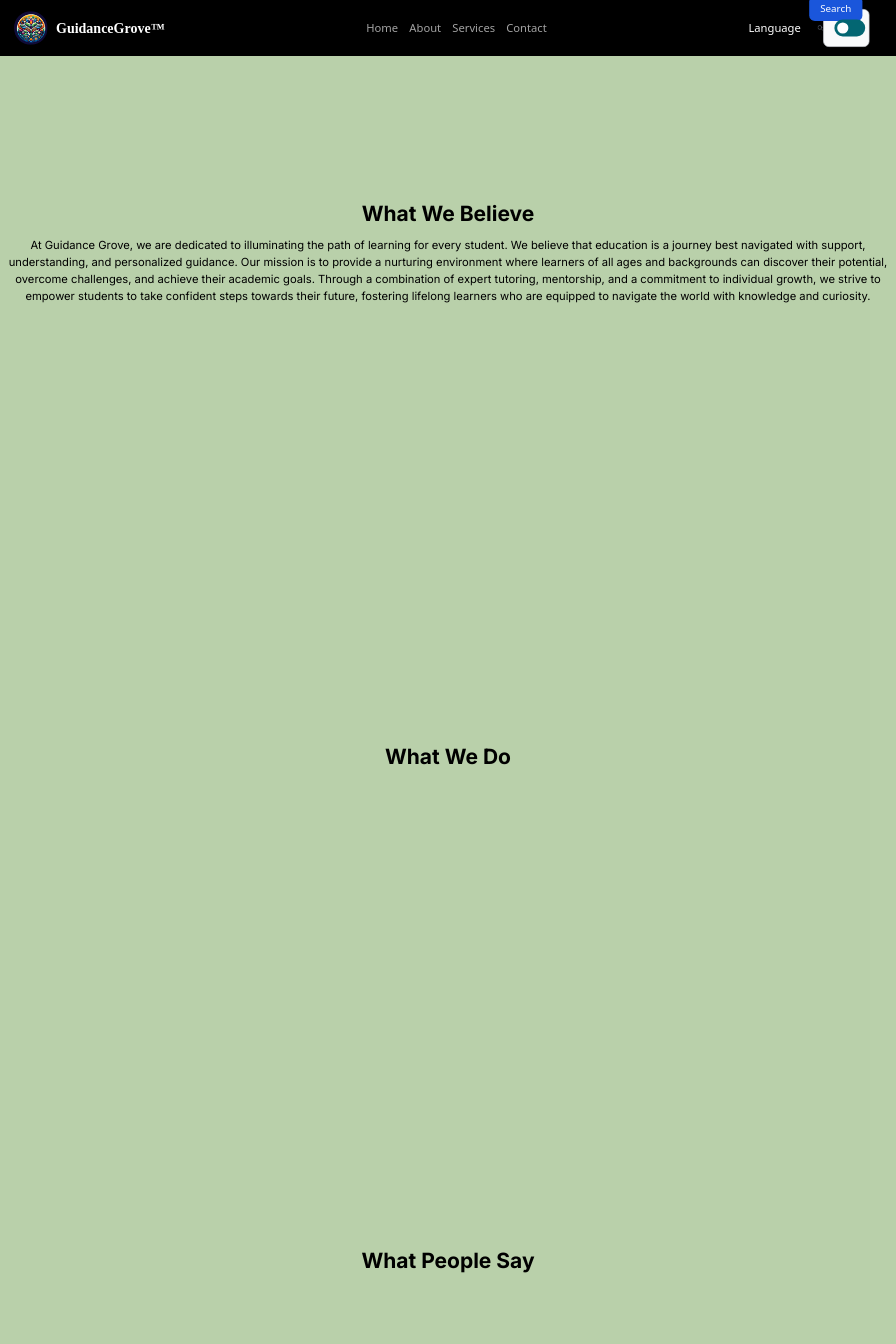
Repository: PositiveGuy/GuidanceGrove
Page: /
The author's editor kept a copy of each file at every save. The page is drawn from the files as they stood at one save, then again after the next save.
The browser window is 1280 px wide. The pictures show the part of the page from y = 0 to 1920 px (the page is 3874 px tall), at 70% of full size.
The project was rebuilt for these pictures with package versions that can differ from the ones it lists, and the page was loaded fresh each time. The framework's server and built-in components were replaced by stand-ins that run in the browser. Also part of the build but not shown: next.config.js.

Above is the page before, as saved 2023-12-28 14:22:04.

After the next save:
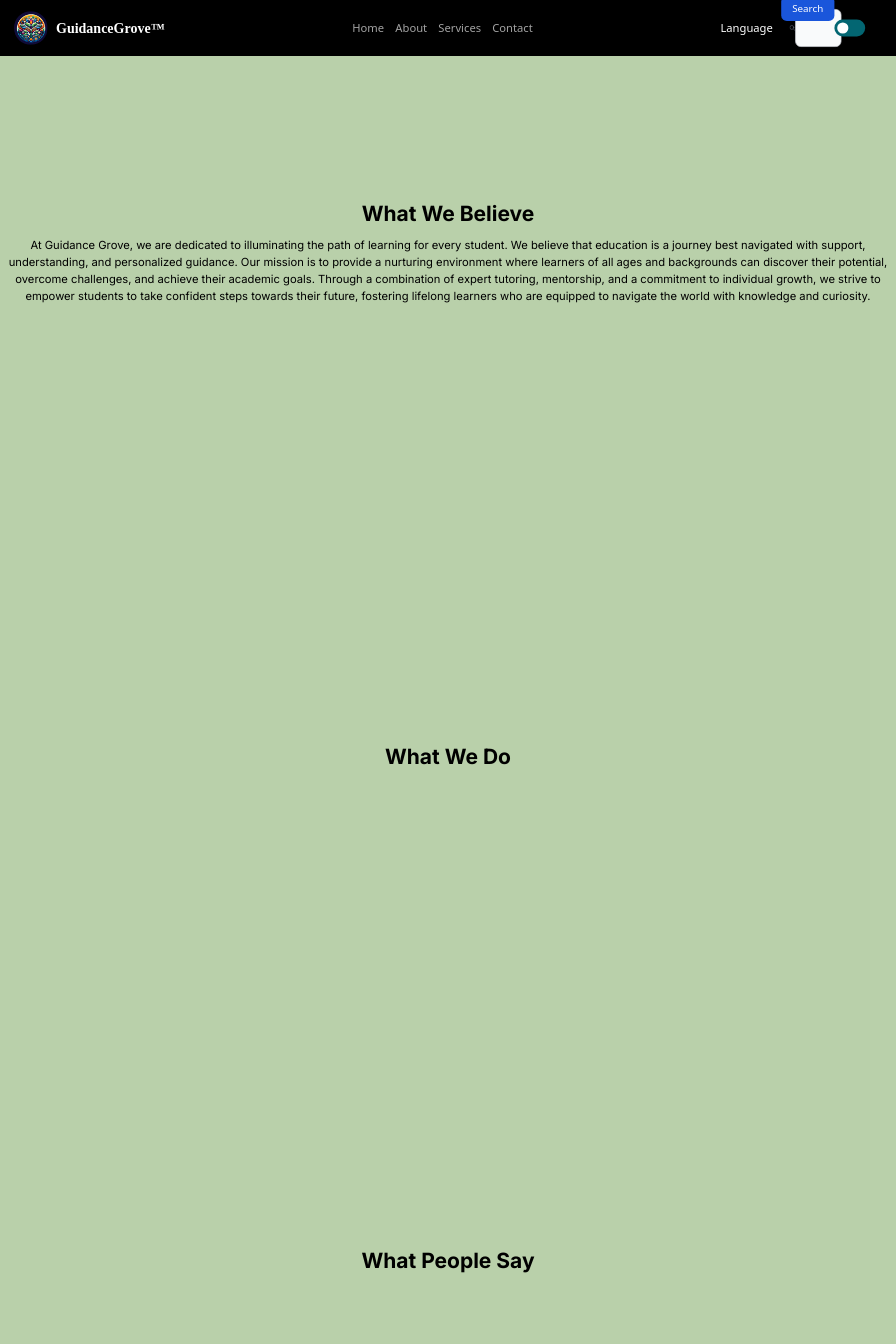
Saved 102 s later.
--- a/src/components/SearchBar.tsx
+++ b/src/components/SearchBar.tsx
@@ -1,6 +1,6 @@
 export default function SearchBar() {
     return (
-        <div>
+        <div className="w-10">
 
             <form>
                 <label htmlFor="default-search" className="mb-2 text-sm font-medium text-gray-900 sr-only dark:text-white">Search</label>
